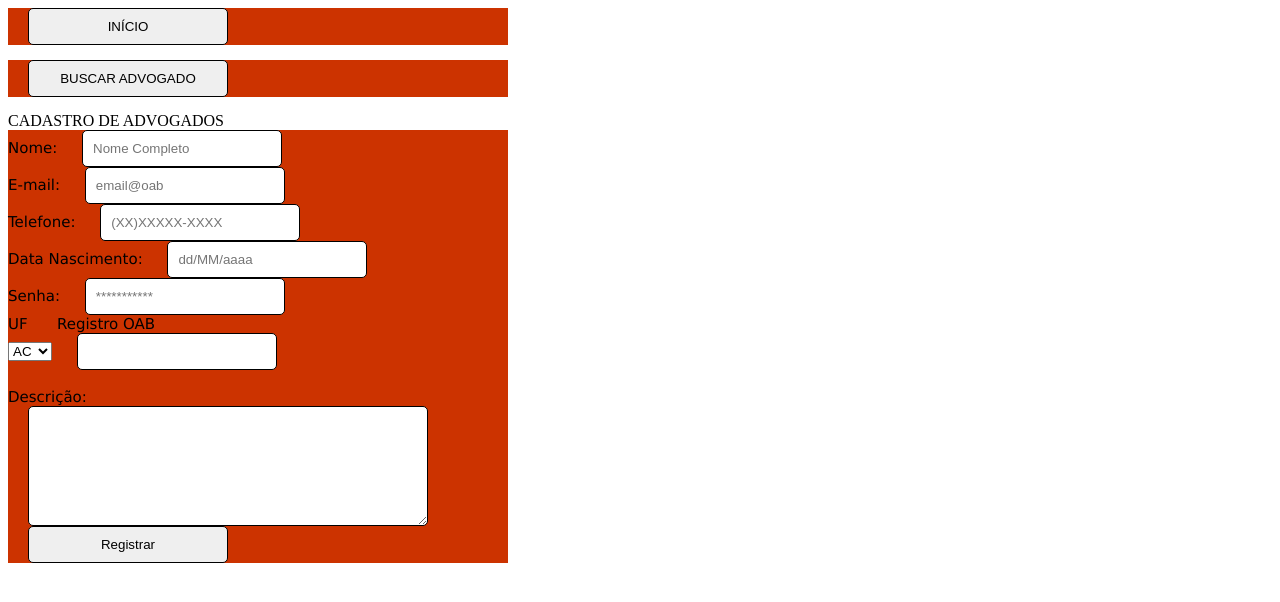
Repository: Natan16/CRUDJUSTTO
Page: http://localhost/CRUDJUSTTOWEB/adiciona-advogado.jsp
These files come from the project's save history. The page is drawn as it stood at one moment and after the next save; the edit follows.
The browser window is 1280 px wide. The pictures show the whole page.
The page is served by Tomcat 9.

Above is the page before, as saved 2019-09-01 02:50:39.

After the next save:
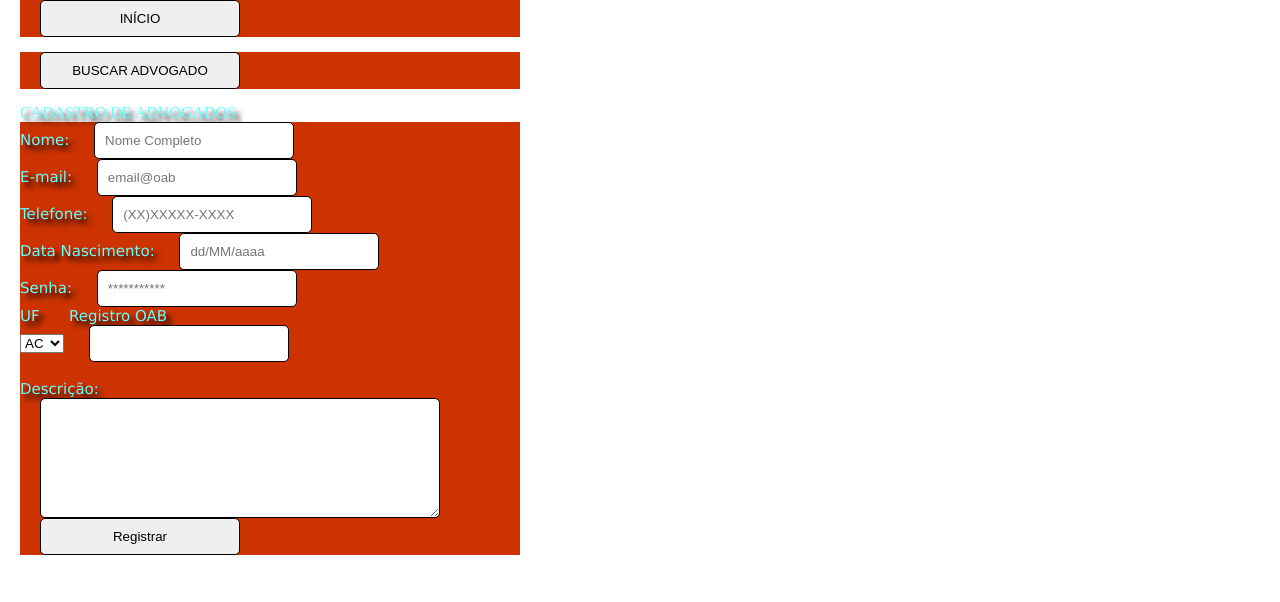
Saved 2 s later.
--- a/CRUDJUSTTOWEB/WebContent/Estilo.css
+++ b/CRUDJUSTTOWEB/WebContent/Estilo.css
@@ -6,7 +6,7 @@ form {
     max-width: 500px;
 }
 
-bodt {
+body {
     padding: 0;
     margin: 0;
     margin-bottom: 20px;
